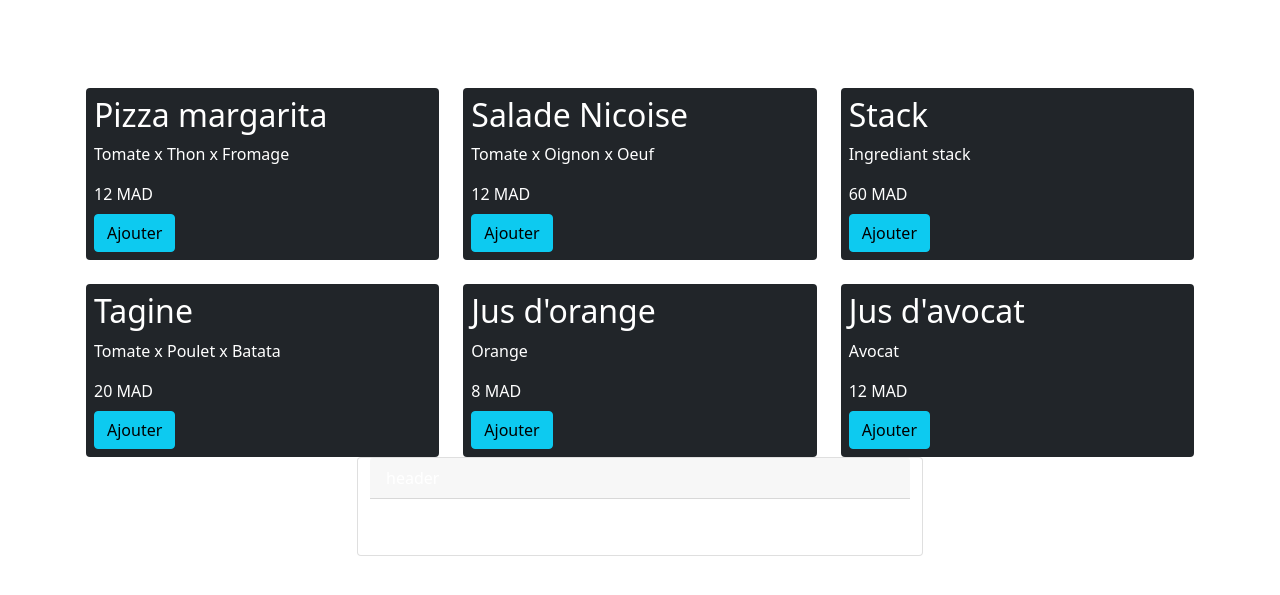
Repository: FS-23/my-restaurant
Page: /
These files come from the project's save history. The page is drawn as it stood at one moment and after the next save; the edit follows.
The browser window is 1280 px wide. The pictures show the whole page.
The project was rebuilt for these pictures with package versions that can differ from the ones it lists, and the page was loaded fresh each time.

Above is the page before, as saved 2022-04-29 14:08:02.

### public/index.html
<!DOCTYPE html>
<html lang="en">
  <head>
    <meta charset="utf-8" />
    <link rel="icon" href="%PUBLIC_URL%/favicon.ico" />
    <meta name="viewport" content="width=device-width, initial-scale=1" />
    <meta name="theme-color" content="#000000" />
    <meta
      name="description"
      content="Web site created using create-react-app"
    />
    <link rel="apple-touch-icon" href="%PUBLIC_URL%/logo192.png" />
    <!--
      manifest.json provides metadata used when your web app is installed on a
      user's mobile device or desktop. See https://developers.google.com/web/fundamentals/web-app-manifest/
    -->
    <link rel="manifest" href="%PUBLIC_URL%/manifest.json" />
    <!--
      Notice the use of %PUBLIC_URL% in the tags above.
      It will be replaced with the URL of the `public` folder during the build.
      Only files inside the `public` folder can be referenced from the HTML.

      Unlike "/favicon.ico" or "favicon.ico", "%PUBLIC_URL%/favicon.ico" will
      work correctly both with client-side routing and a non-root public URL.
      Learn how to configure a non-root public URL by running `npm run build`.
    -->
    <title>React App</title>
    <!-- CSS only -->
<link href="https://cdn.jsdelivr.net/npm/bootstrap@5.1.3/dist/css/bootstrap.min.css" rel="stylesheet">
  </head>
  <body>
    <noscript>You need to enable JavaScript to run this app.</noscript>
    <div id="root"></div>
    <!--
      This HTML file is a template.
      If you open it directly in the browser, you will see an empty page.

      You can add webfonts, meta tags, or analytics to this file.
      The build step will place the bundled scripts into the <body> tag.

      To begin the development, run `npm start` or `yarn start`.
      To create a production bundle, use `npm run build` or `yarn build`.
    -->
  </body>
</html>

### src/index.css
.plat-container:hover {
     top: -10px;

}

.plat-container {
  top: 0;
  transition: top 0.5s;
}


.app-gradient-container {
   background-image: linear-gradient(160deg , red , blue);
   opacity: 0.2;
}

### src/App.js
import Menu from './components/Menu'
function App() {
  return (
    <div className="">
       <div className='vw-100 vh-100 position-fixed text-white'>
           <div className='position-absolute d-none top-0 w-100 h-100 bg-dark app-gradient-container'>

           </div>
           <div className="mt-5 p-3 rounded container ">
              <Menu />
           </div>
       </div>
    </div>
  );
}

export default App;

### src/components/Menu.js
import { useState } from "react"
import Plat from "./Plat"
function Menu(){
    let [orders , setOrders] = useState([])
    let menuList = [
          {id: 1 , name: "Pizza margarita" , price: 12 , ingredient: "Tomate x Thon x Fromage"},
          {id: 2 , name: "Salade Nicoise" , price: 12 , ingredient: "Tomate x Oignon x Oeuf"},
          {id: 3 , name: "Stack" , price: 60 , ingredient: "Ingrediant stack"},
          {id: 4 , name: "Tagine" , price: 20 , ingredient: "Tomate x Poulet x Batata"},
          {id: 5 , name: "Jus d'orange" , price: 8 , ingredient: "Orange"},
          {id: 6 , name: "Jus d'avocat" , price: 12 , ingredient: "Avocat"},
    ]

    return (
        <div className="row">
           {
               menuList.map((menu) =>   < Plat name= {menu.name} price={menu.price} ingredient={menu.ingredient} />)
           }
           <div className="card w-50 m-auto">
                 <div className="card-header">header</div>
                  <div className="card-body">body</div>
           </div>
           <div className="bg-dark rounded mt-5">


           </div>

        </div>
    )
}

export default Menu

### src/components/Plat.js

function Plat (props){
    return(
        <div className=" col-1 col-sm-2 col-lg-4 mt-4 position-relative plat-container" >
            <div className="bg-dark p-2 rounded">
                <h2>{props.name} </h2>
                <p> {props.ingredient}</p>
                <div>
                    {props.price} MAD
                </div>
                <button className="btn btn-info mt-2">Ajouter</button>
            </div>
       </div>


    )
}

export default Plat

Loaded but not shown: src/index.js (common file)

After the next save:
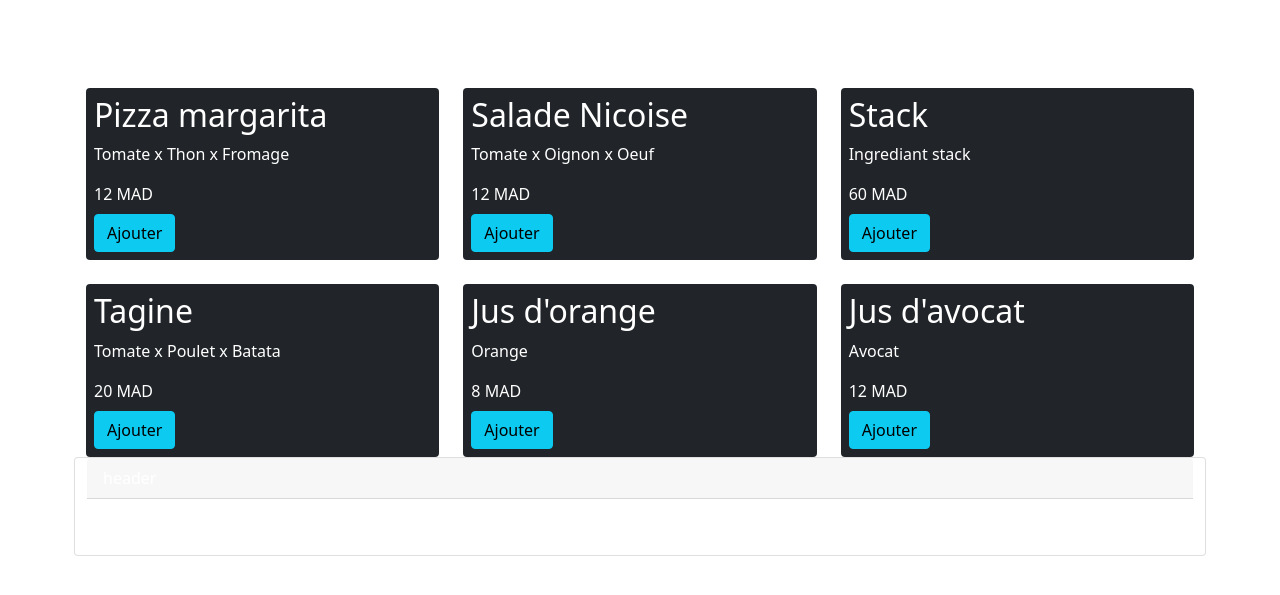
Saved 15 s later.
--- a/src/components/Menu.js
+++ b/src/components/Menu.js
@@ -16,7 +16,7 @@ function Menu(){
            {
                menuList.map((menu) =>   < Plat name= {menu.name} price={menu.price} ingredient={menu.ingredient} />)
            }
-           <div className="card w-50 m-auto">
+           <div className="card w-100 m-auto">
                  <div className="card-header">header</div>
                   <div className="card-body">body</div>
            </div>
